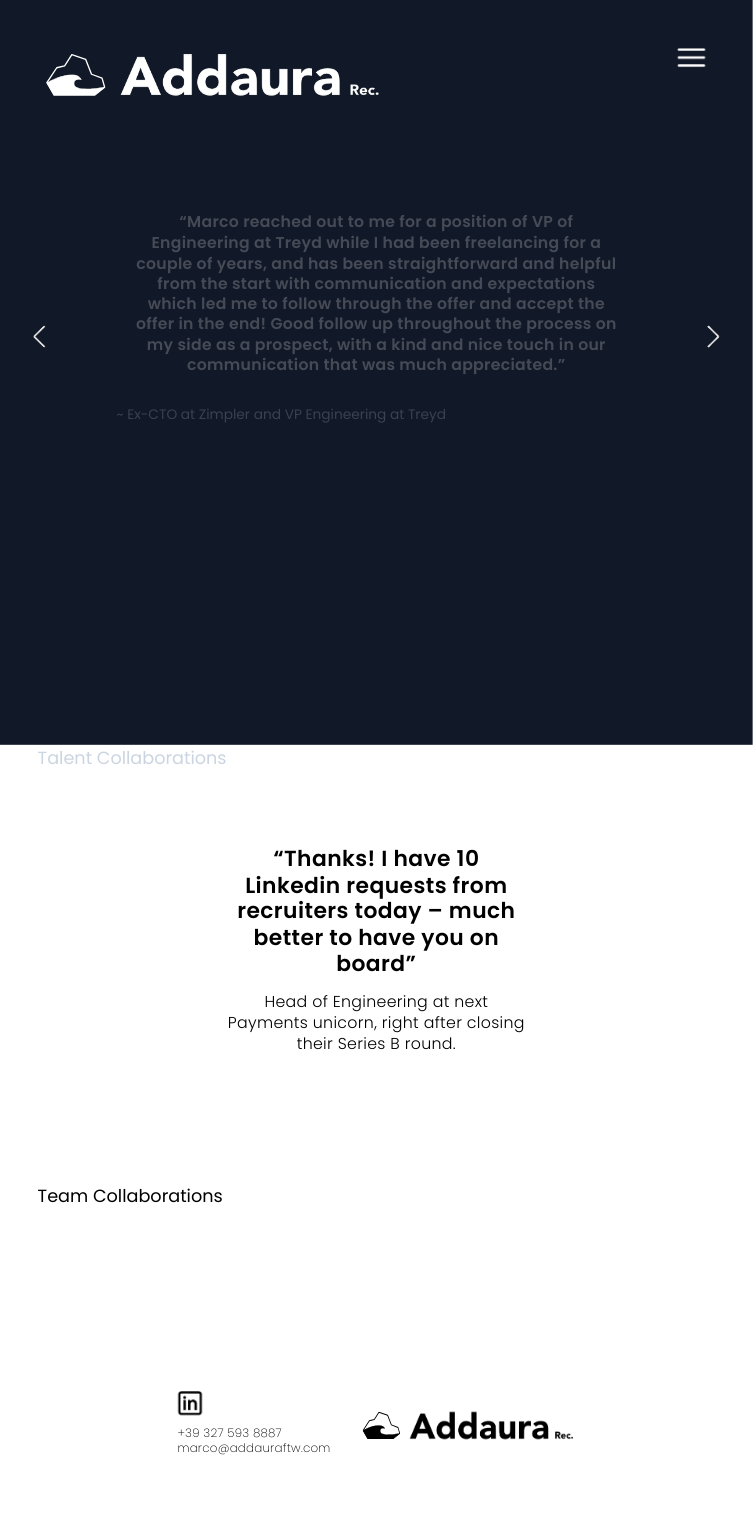
Repository: UnatPannu/Addaura-Trial
Page: public/clients.html
An editor plug-in stored every save of this project. The page is shown before and after the next save, followed by the edit.
The browser window is 768 px wide. The pictures show the whole page, at 98% of full size.

Above is the page before, as saved 2025-09-22 19:35:27.

After the next save:
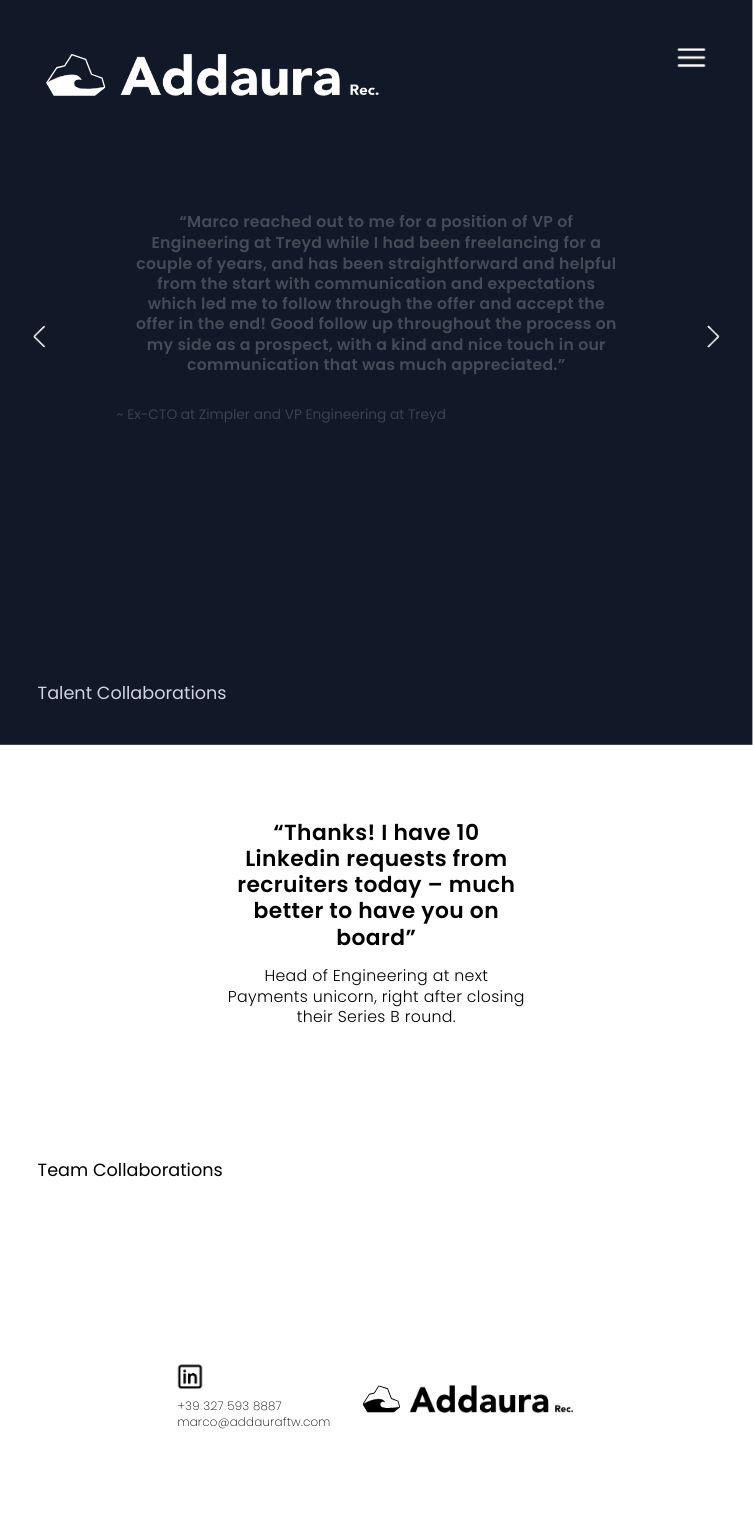
Saved 26 s later.
--- a/public/styles/clients.css
+++ b/public/styles/clients.css
@@ -158,7 +158,4 @@
   .logo-container.dark{
     display:none;
   }
-  .bottom-text{
-    position:relative;
-  }
 }
